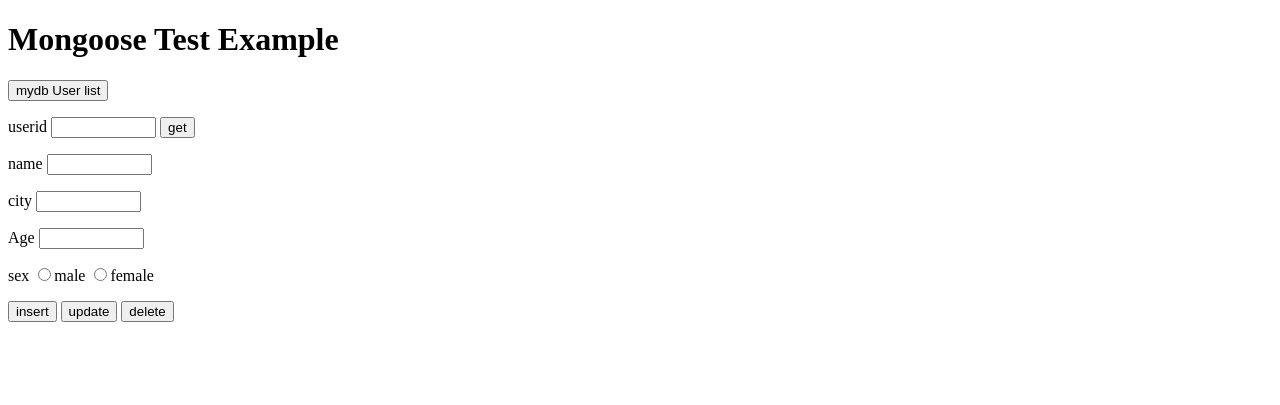
Repository: impelfin/anew
Page: node/sens/views/index.html
The author's editor kept a record of every edit. The page is drawn from the files as they stood at one moment, then again after the next edit.
The browser window is 1280 px wide. The pictures show the whole page.

Above is the page before.

After the next edit:
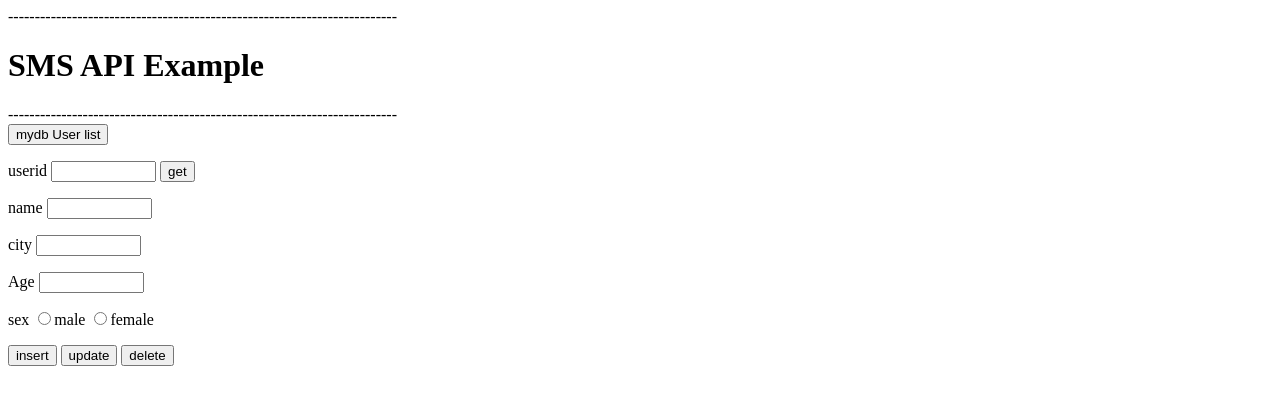
The edit:
--- a/node/sens/views/index.html
+++ b/node/sens/views/index.html
@@ -5,7 +5,9 @@
 <title>SMS API Example</title>
 </head>
 <body>
-<h1> Mongoose Test Example</h1>
+-------------------------------------------------------------------------<br>
+<h1> SMS API Example </h1>
+-------------------------------------------------------------------------<br>
 <form method='post' action='/insert' name='mongoform' >
       <input type='button' value='mydb User list'  onclick='location.href="/list"' >
       <p>
